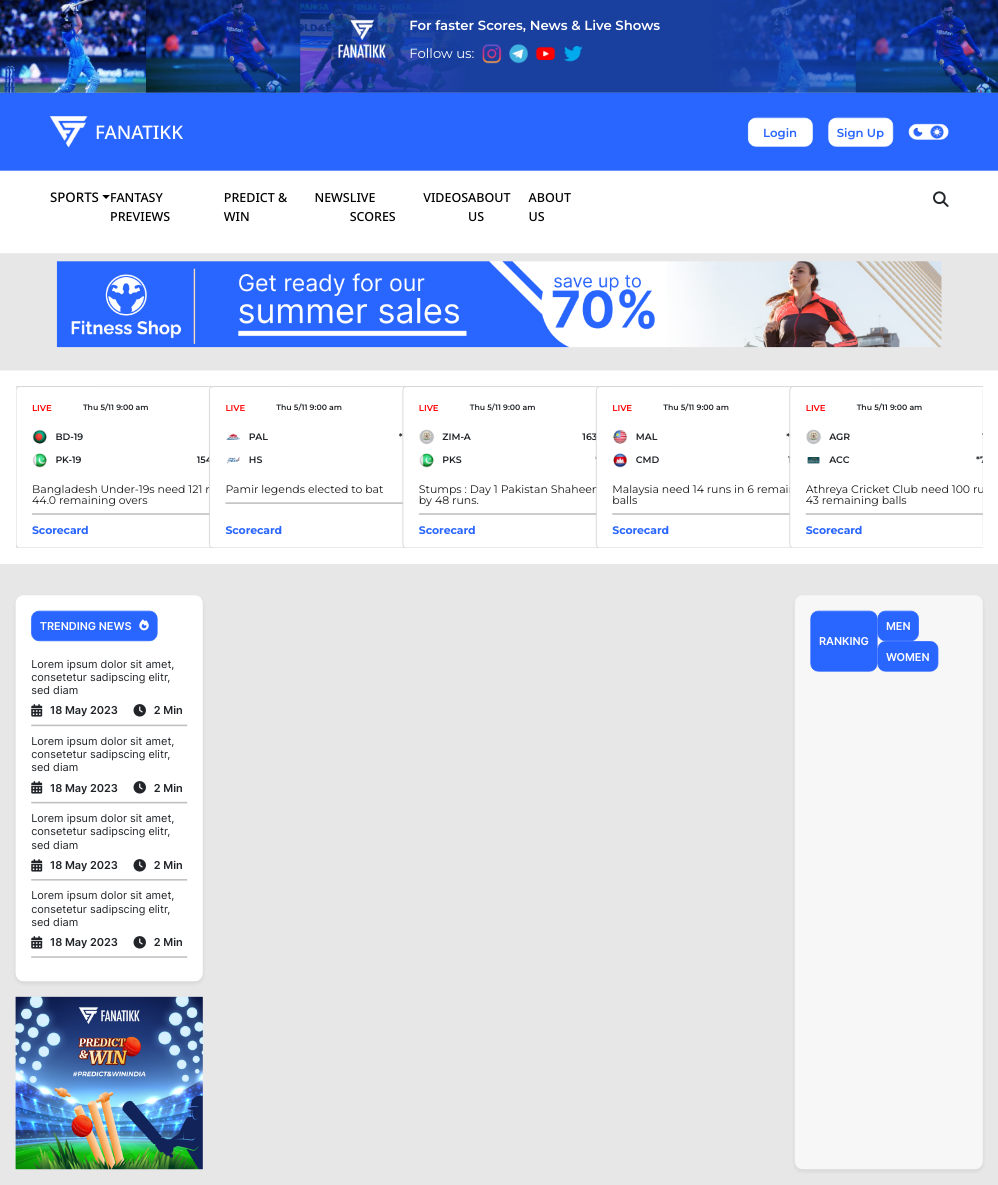
Repository: FlyweisReact/Kannapa
Page: /
These files come from the project's save history. The page is drawn as it stood at one moment and after a run of saves; the edit follows.
The browser window is 1280 px wide. The pictures show the whole page, at 78% of full size.
Some web libraries are served in a nearby version. The project was rebuilt for these pictures with package versions that can differ from the ones it lists, and the page was loaded fresh each time. Also part of the build but not shown: src/Components/Layout/Footer.js, src/Components/Sliders/Index-video-Slider.js, src/Components/firstScreen.jsx, src/Components/secondScreen.jsx, src/Components/thirdScreen.jsx, src/Components/fourthScreen.jsx, src/CSS/Footer.css.

Above is the page before, as saved 2023-06-03 16:00:02.

### public/index.html
<!DOCTYPE html>
<html lang="en">
  <head>
    <meta charset="utf-8" />
    <link rel="icon" href="%PUBLIC_URL%/favicon.ico" />
    <meta name="viewport" content="width=device-width, initial-scale=1" />
    <meta name="theme-color" content="#000000" />
    <meta
      name="description"
      content="Web site created using create-react-app"
    />
    <link rel="apple-touch-icon" href="%PUBLIC_URL%/logo192.png" />

    <link rel="manifest" href="%PUBLIC_URL%/manifest.json" />
    <link href="https://fonts.googleapis.com/css2?family=Roboto+Mono:ital,wght@1,300&display=swap" rel="stylesheet">
    <title>React App</title>
  </head>
  <body>
    <noscript>You need to enable JavaScript to run this app.</noscript>
    <div id="root"></div>
    <script src="https://code.jquery.com/jquery-3.6.0.min.js"></script>
    <script src="https://kit.fontawesome.com/b533b351e4.js" crossorigin="anonymous"></script>
  </body>
</html>

### src/CSS/Navbar.css
/**
 * === navbar styling ====
 *
 * @format
 */
.Stick-navbar{
    height: 100%;
    transition: box-shadow 0.3s ease;
    height: 100px;
}
.Navbar {
  display: flex;
  justify-content: space-between;
  background: #2965ff;
  padding: 20px;
  width: 100%;
  gap: 20px;
  position: fixed !important;
  top: 0;
  z-index: 999;
  transition: box-shadow 0.3s ease;
  align-items: center;
}

.Navbar .Left_Container {
  width: 30%;
}
.Navbar .Left_Container .Logo_Div {
  display: flex;
  gap: 10px;
  justify-content: center;
  align-items: center;
}
.Navbar .Left_Container .Logo_Div p {
  color: #fff;
  font-size: var(--mediumFont);
  margin: 0;
}
.Navbar .Left_Container .Logo_Div img {
  width: 47.73px;
  height: 40px;
}

.Navbar .Right_Container {
  width: 70%;
  display: flex;
  justify-content: center;
  gap: 40px;
}
.Navbar .Right_Container .Item {
  display: flex;
  justify-content: baseline;
}

.Navbar .Right_Container .Item p {
  font-size: 16px;
  cursor: pointer;
  color: #ffffff;
  padding-top: 2px;
}

.Navbar .Right_Container .Item .DropDown {
  border: none;
  color: #fff;
  font-size: 17px;
  cursor: pointer;
  color: #ffffff;
  margin: 0;
  padding: 0;
}
.Navbar .Right_Container .Item .fa-magnifying-glass {
  color: #fff;
  font-size: 18px;
  cursor: pointer;
  padding-top: 7px;
}
.Navbar .Right_Container .Item .Toggle{
  width: 51.43px;
  height: 19.03px;
  display: flex;
  justify-content: space-between;
  align-items: center;
  padding-left: 5px;
  padding-right: 5px;
  border-radius: 10px;
  background-color: #fff;
  border: 1px solid #fff;
  cursor: pointer;
  align-items: center;
  margin-top: 8px;
}


/* Header 2 */
.Header1 {
  background-image: url("../../public/Images/22.png");
  color: #ffffff;
  width: 100%;
  background-repeat: no-repeat;
  background-size: cover;
  height: 119px;
  padding: 20px;
}
.Header1 .Main {
  display: flex;
  align-items: center;
  justify-content: center;
  gap: 30px;
}
.Header1 .Main p {
  margin: 0;
}
.Header1 .Main .Head {
  font-family: MontserratNormal;
  font-weight: 600;
  font-size: 17px;
  color: #ffffff;
}

.Header1 .Main .Two {
  display: flex;
  gap: 10px;
  margin-top: 10px;
  align-items: center;
}
.Header1 .Main .Two p {
  font-family: MontserratNormal;
  font-style: normal;
  font-weight: 400;
  font-size: 17px;
  line-height: 17px;
  color: #ffffff;
}
.Header1 .Main .Social {
  display: flex;
  gap: 10px;
  align-items: center;
}

/* Fading Navbar */

.Fading_Nav {
  display: flex;
  justify-content: space-between;
  background: #2965ff;
  padding: 30px;
  width: 100%;
  gap: 20px;
  align-items: center;
  padding-left: 5%;
  padding-right: 5%;
}

.Fading_Nav .Left_Container {
  width: 30%;
}
.Fading_Nav .Left_Container .Logo_Div {
  display: flex;
  gap: 10px;
  justify-content: flex-start;
  align-items: center;
}
.Fading_Nav .Left_Container .Logo_Div p {
  color: #fff;
  font-size: var(--mediumFont);
  margin: 0;
}
.Fading_Nav .Left_Container .Logo_Div img {
  width: 47.73px;
  height: 40px;
}

.Fading_Nav .Right_Container {
  width: 70%;
  display: flex;
  justify-content: flex-end;
  gap: 20px;
  align-items: center;
}
.Fading_Nav .Right_Container button {
  font-family: MontserratNormal;
  font-style: normal;
  font-weight: 600;
  width: 83px;
  height: 37px;
  border-radius: 10px;
  font-size: 15px;
  line-height: 19px;
  color: #2965ff;
  background-color: #fff;
  border: 1px solid #fff;
  cursor: pointer;
}
.Fading_Nav .Right_Container .Toggle {
  width: 51.43px;
  height: 19.03px;
  display: flex;
  justify-content: space-between;
  align-items: center;
  padding-left: 5px;
  padding-right: 5px;
}


/* Fading Category */
.Fading_Category{
    display: flex;
    justify-content: space-between;
    padding: 20px;
    background-color: #fff;
    padding-left: 5%;
    padding-right: 5%;
}
.Fading_Category .Left_Container {
    display: flex;
    justify-content: space-between;
    width: 60%;
}

.Fading_Category .Left_Container .Item {
    display: flex;
    justify-content: baseline;
  }

  .Fading_Category .Left_Container .Item p {
    font-size: 16px;
    cursor: pointer;
    color: #000;
    padding-top: 2px;
  }

  .Fading_Category .Left_Container .Item .DropDown {
    border: none;
    font-size: 17px;
    cursor: pointer;
    color: #000;
    margin: 0;
    padding: 0;
    border: none;
  }

.Fading_Category .Right_Container i{
    font-size: 20px;
    padding-top: 7px;
}


/* Fading Effect */
.HomePage{
    min-height: 200vh;
}
.fade-out{
    opacity: 0;
    transition: opacity 0.5s;
    height: 0;
    overflow: hidden;
}
.fade-in{
    opacity: 1;
    transition: opacity 0.5s;
    height: auto;
    overflow: hidden;
    width: 100%;
}

### src/CSS/Component.css
/** @format */

/* Fading Header */

/* Home Screen */
.Index_Center_Banner {
  width: 100%;
  padding: 10px;
}

.Index_Center_Banner img {
  width: 90%;
  display: block;
  margin: auto;
}

.Index_Center_GIF {
  width: 100%;
  padding: 10px;
}

.Index_Center_GIF img {
  width: 90%;
  display: block;
  margin: auto;
  height: 500px;
}

.Index_Center_Desc {
  display: flex;
  width: 90%;
  padding: 10px;
  margin: auto;
}

.Index_Center_Desc .Main_Comp {
  text-align: left;
}
.Index_Center_Desc .Main_Comp .head {
  font-size: 36px;
  color: #1d1d1d;
  text-shadow: 0px 1px 1px rgba(37, 37, 37, 0.5);
  margin: 0;
}

.Index_Center_Desc .Main_Comp .Two_Sec {
  display: flex;
  gap: 10px;
  align-items: flex-start;
}
.Index_Center_Desc .Main_Comp .Two_Sec img {
  height: 20px;
  margin-top: 4px;
}

.Index_Center_Desc .Main_Comp .Two_Sec p {
  color: rgba(29, 29, 29, 0.6);
  text-shadow: 0px 1px 1px rgba(37, 37, 37, 0.5);
  font-style: italic;
}

.Index_Center_Desc .Main_Comp .desc p {
  font-size: 16px;
  line-height: 24px;
  align-items: center;
  color: rgba(29, 29, 29, 0.6);
  max-width: 60%;
  font-style: italic;
  margin: 0;
}
.first5 p u {
  color: #333;
}

.Index_Logo_Div {
  display: flex;
  justify-content: space-between;
  align-items: center;
  width: 90%;
  margin: auto;
  padding-top: 10px;
  padding-bottom: 10px;
}
.Index_Logo_Div .Left_Comp {
  display: flex;
  gap: 10px;
  align-items: center;
}
.Index_Logo_Div .Right_Comp img {
  cursor: pointer;
}

.Index_Video_Slider {
  width: 90%;
  display: block;
  margin: auto;
  padding-top: 10px;
  padding-bottom: 10px;
}

.Video_Slider {
  width: 100%;
  /* padding: 20px; */
  display: block;
  margin: auto;
}
.Video_Slider .Main_Item {
  background: #ffffff;
  border: 1px solid #1d1d1d;
  border-radius: 10px;
  height: 400px;
}
.Video_Slider .Main_Item img {
  width: 100%;
  border-radius: 10px 10px 0px 0px;
}
.Video_Slider .Main_Item p {
  padding: 10px;
  font-family: Montserrat;
  font-size: 15px;
  line-height: 18px;
  color: #1d1d1d;
}
.Video_Slider .Main_Item:focus {
  outline: none;
}

.Index_Center_Button {
  width: 90%;
  display: block;
  margin: auto;
  padding-top: 10px;
  padding-bottom: 10px;
  margin-top: 2%;
  position: relative;
}
.Index_Center_Button button {
  font-family: Montserrat;
  font-size: 16px;
  line-height: 20px;
  text-transform: uppercase;
  width: 256px;
  color: #ffffff;
  background: #2965ff;
  border: 1px solid #2965ff;
  border-radius: 25px;
  padding: 10px;
  display: block;
  margin: auto;
}

.Index_Center_Button .empty {
  height: 4px !important;
  position: absolute;
  top: 50%;
  left: 50%;
  transform: translate(-50%, -50%);
  z-index: -1;
  background-color: #2965ff;
  width: 100%;
}

.Index_Three_Cont {
  width: 90%;
  display: grid;
  grid-template-columns: auto auto auto;
  gap: 20px;
  margin: auto;
  padding-top: 20px;
}
.Index_Three_Cont .Main_Component .head {
  font-family: Montserrat;
  font-style: normal;
  font-weight: 700;
  font-size: 22.3418px;
  line-height: 30px;
  color: #1d1d1d;
}
.Index_Three_Cont .Main_Component img {
  width: 100%;
}
.Index_Three_Cont .Main_Component .desc {
  font-family: Montserrat;
  font-style: normal;
  font-weight: 300;
  font-size: 15.9584px;
  line-height: 40px;
}

/* Score_Card_Slider */
.ScoreCard_Slider {
  background-color: #ffffff;
  padding: 20px;
  margin-top: 20px;
  margin-bottom: 20px;
}
.ScoreCard_Slider .Main_Item {
  border: 1px solid #cfcfcf;
  background-color: #fff;
  border-radius: 5px;
  padding: 20px;
  width: 350px !important;
  height: 208px !important;
  position: relative;
}
.ScoreCard_Slider .Main_Item .two_Sec {
  display: flex;
  gap: 40px;
  align-items: center;
  margin-bottom: 20px;
}
.ScoreCard_Slider .Main_Item .two_Sec p {
  margin: 0;
  font-family: MontserratNormal;
  font-style: normal;
  font-weight: 600;
  font-size: 10px;
  line-height: 14px;
}
.ScoreCard_Slider .Main_Item .two_Sec .first {
  margin: 0;
  font-family: MontserratNormal;
  font-style: normal;
  font-weight: 600;
  font-size: 11px;
  line-height: 14px;
  color: #ff0000;
}
.ScoreCard_Slider .slick-next:before {
  display: none !important;
}

.ScoreCard_Slider .Main_Item .Flags_Div {
  display: flex;
  justify-content: space-between;
  align-items: center;
  gap: 10px;
  margin-top: 10px;
}

.ScoreCard_Slider .Main_Item .Flags_Div div {
  display: flex;
  gap: 10px;
  align-items: center;
}
.ScoreCard_Slider .Main_Item .Flags_Div div p {
  margin: 0;
  font-family: MontserratNormal;
  font-style: normal;
  font-weight: 600;
  font-size: 12px;
  line-height: 17px;
}
.ScoreCard_Slider .Main_Item .desc {
  color: #1d1d1d;
  font-family: MontserratNormal;
  font-style: normal;
  font-weight: 400;
  font-size: 14px;
  line-height: 14px;
  width: 90%;
  margin: 0;
  margin-top: 20px;
}
.ScoreCard_Slider .Main_Item .empty {
  background-color: #bfbfbf;
  width: 100%;
  height: 2px;
  margin-top: 10px;
}
.ScoreCard_Slider .Main_Item .Scorecard {
  font-family: MontserratNormal;
  font-style: normal;
  font-weight: 700;
  font-size: 14px;
  line-height: 14px;
  position: absolute;
  letter-spacing: -0.11px;
  color: #2965ff;
  bottom: 0;
}

/* Index_Three_Sec_Layout */
.Index_Three_Sec_Layout {
  width: 100%;
  padding: 20px;
  display: flex;
  gap: 20px;
}
.Index_Three_Sec_Layout .left_Comp {
  width: 20%;
}
.Index_Three_Sec_Layout .Mid_Comp {
  width: 60%;
}
.Index_Three_Sec_Layout .Right_Comp {
  width: 20%;
}

.Index_Three_Sec_Layout .left_Comp .Trading_News {
  background-color: #fff;
  padding: 20px;
  box-shadow: 0px 3px 6px rgba(0, 0, 0, 0.08);
  border-radius: 10px;
}
.Index_Three_Sec_Layout .left_Comp .Trading_News button {
  background-color: #2965ff;
  color: #fff;
  border: 1px solid #2965ff;
  text-transform: uppercase;
  border-radius: 10px;
  font-style: normal;
  font-weight: 600;
  font-size: 14px;
  line-height: 17px;
  font-family: Inter;
  padding: 10px;
  display: flex;
  gap: 10px;
  align-items: center;
  margin-bottom: 20px;
}

.Index_Three_Sec_Layout .left_Comp .Trading_News .desc {
  margin-top: 10px;
}
.Index_Three_Sec_Layout .left_Comp .Trading_News .desc .head {
  font-family: Inter;
  font-style: normal;
  font-weight: 400;
  font-size: 14px;
  line-height: 17px;
  margin: 0;
}

.Index_Three_Sec_Layout .left_Comp .Trading_News .desc .two_sec {
  display: flex;
  align-items: center;
  gap: 20px;
  margin-top: 10px;
}
.Index_Three_Sec_Layout .left_Comp .Trading_News .desc .two_sec div {
  display: flex;
  align-items: center;
  gap: 10px;
}
.Index_Three_Sec_Layout .left_Comp .Trading_News .desc .two_sec div p {
  margin: 0;
  font-family: Inter;
  font-style: normal;
  font-weight: 600;
  font-size: 14px;
  line-height: 8px;
}
.Index_Three_Sec_Layout .left_Comp .Trading_News .desc .empty {
  width: 100%;
  height: 2px;
  background-color: #bfbfbf;
  margin-top: 10px;
  margin-bottom: 10px;
}
.Index_Three_Sec_Layout .left_Comp .BigImage {
  width: 100%;
  padding-top: 20px;
}
.Index_Three_Sec_Layout .left_Comp .BigImage img {
  width: 100%;
  display: block;
  margin: auto;
}

.Index_Three_Sec_Layout .Right_Comp {
  background: #f7f7f7;
  box-shadow: 0px 3px 6px rgba(0, 0, 0, 0.08);
  border-radius: 10px;
  padding: 20px;
}


.Index_Three_Sec_Layout .Right_Comp  .Main_Item .Three_Sec {
  display: flex;
  justify-content: space-between;
}
.Index_Three_Sec_Layout .Right_Comp  .Main_Item .Three_Sec button {

  background: #2965FF;
border-radius: 10px;
font-family: Inter;
font-style: normal;
font-weight: 600;
font-size: 14px;
line-height: 17px;
text-transform: uppercase;
border: 1px solid #2965FF;
padding: 10px;
color: #FFFFFF;
}

Loaded but not shown: src/App.css (common file); src/Components/Sliders/ScoreCard.js (443 lines, source omitted); src/Pages/HomeScreen.js (152 lines, source omitted); src/Components/Layout/Navbar.js (71 lines, source omitted); src/Components/Layout/FadingNav/FadingCategory.js (57 lines, source omitted); src/App.js (32 lines, source omitted); src/Components/Layout/FadingNav/FadingNav.js (27 lines, source omitted); src/Components/Layout/FadingNav/Header1.js (32 lines, source omitted); src/index.js (17 lines, source omitted); src/index.css (634 lines, source omitted)

After the next 2 saves:
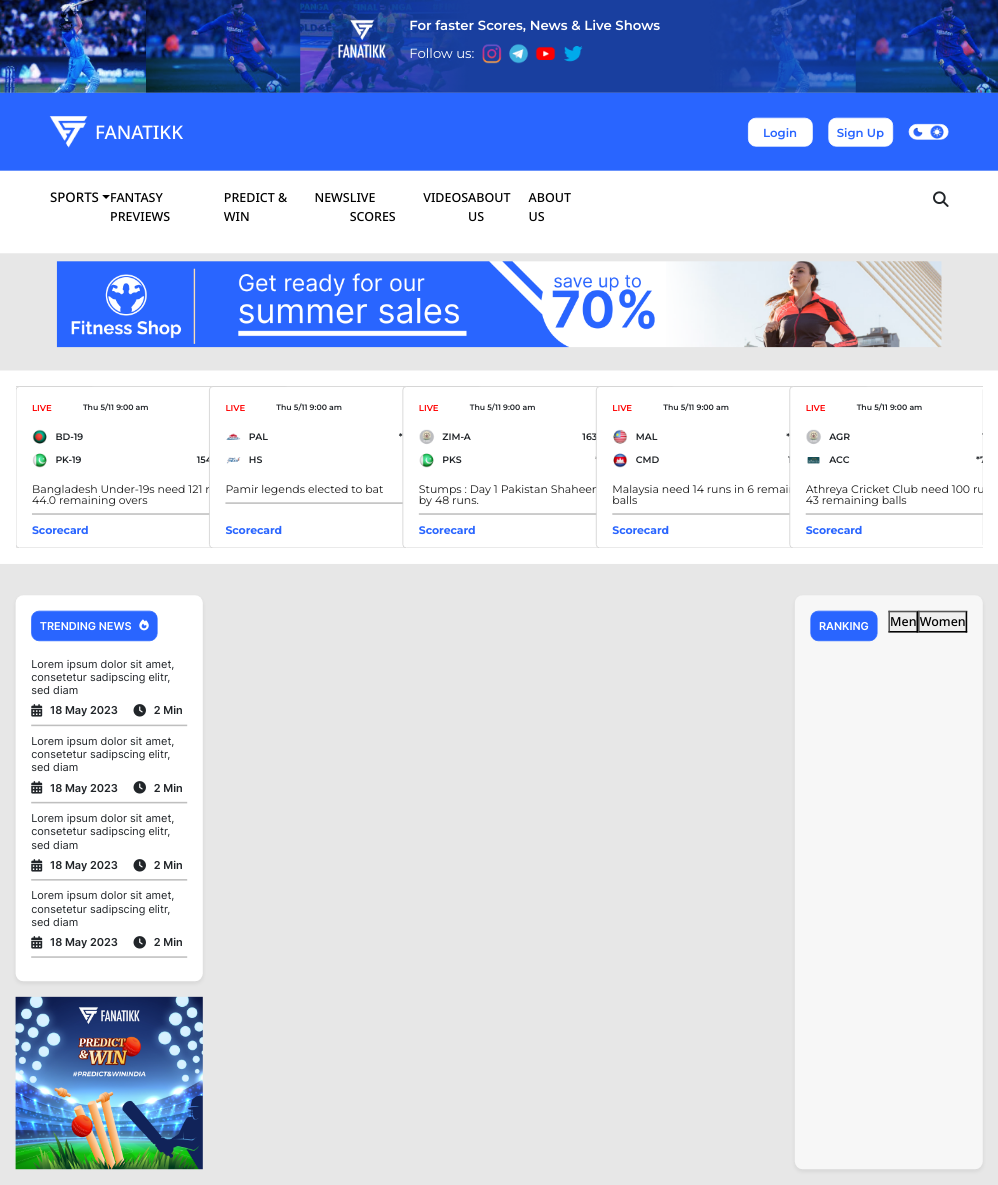
The 2 saves are shown as one change because they came seconds apart.
The last was saved 8 s later.
--- a/src/CSS/Component.css
+++ b/src/CSS/Component.css
@@ -381,8 +381,7 @@
   display: flex;
   justify-content: space-between;
 }
-.Index_Three_Sec_Layout .Right_Comp  .Main_Item .Three_Sec button {
-
+.Index_Three_Sec_Layout .Right_Comp  .Main_Item .Three_Sec .First_Btn {
   background: #2965FF;
 border-radius: 10px;
 font-family: Inter;
